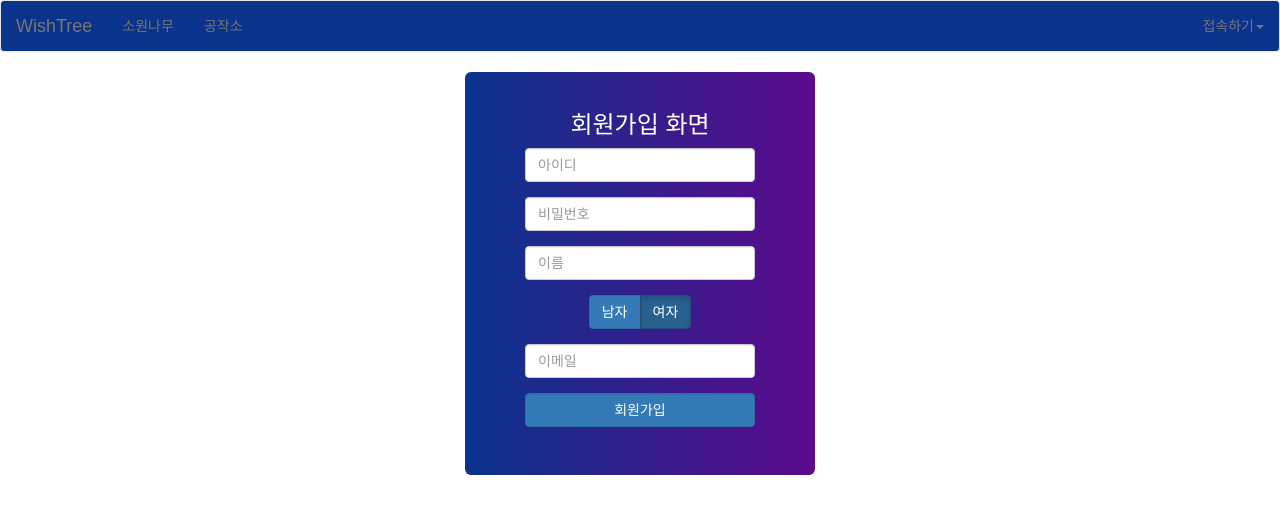
Repository: jongah/WishTree
Page: http://localhost/text/join.jsp
These files come from the project's save history. The page is drawn as it stood at one moment and after a run of saves; the edit follows.
The browser window is 1280 px wide. The pictures show the whole page.
Some web fonts or font styles are not loaded; a fallback is used. Some web libraries are served in a nearby version. The page is served by Tomcat 9.

Above is the page before, as saved 2021-05-05 15:01:51.

After the next 2 saves:
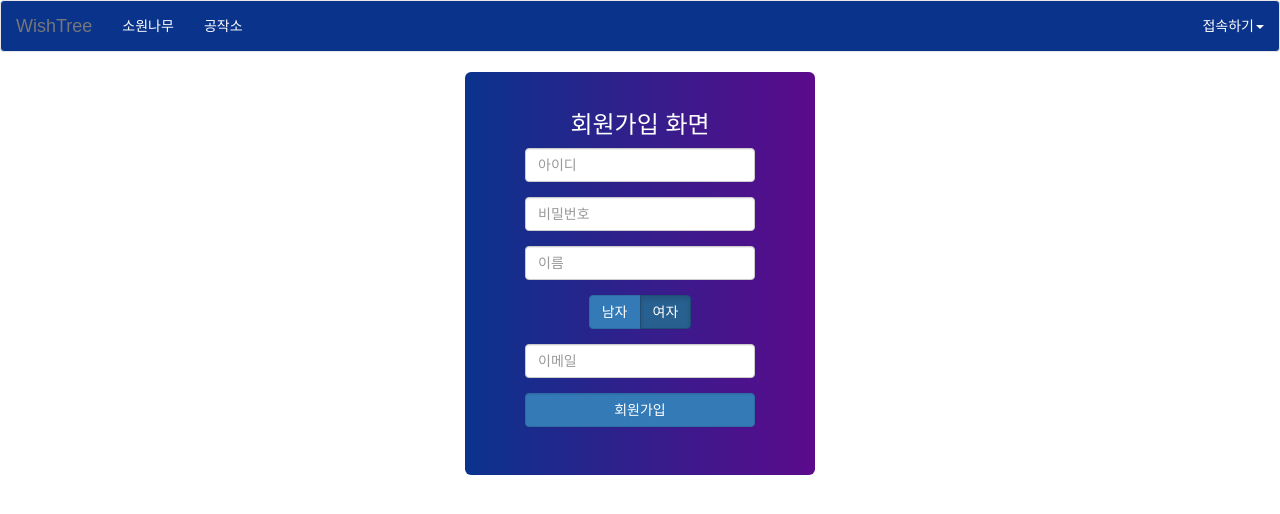
The 2 saves are shown as one change because they came seconds apart.
The last was saved 97 s later.
--- a/text/WebContent/css/custom.css
+++ b/text/WebContent/css/custom.css
@@ -13,5 +13,7 @@ h1{
 }
 .navbar-default{
 	background-color:#0a338c;
+}
+.navbar .nav > li > a {
 	color:white;
 }
